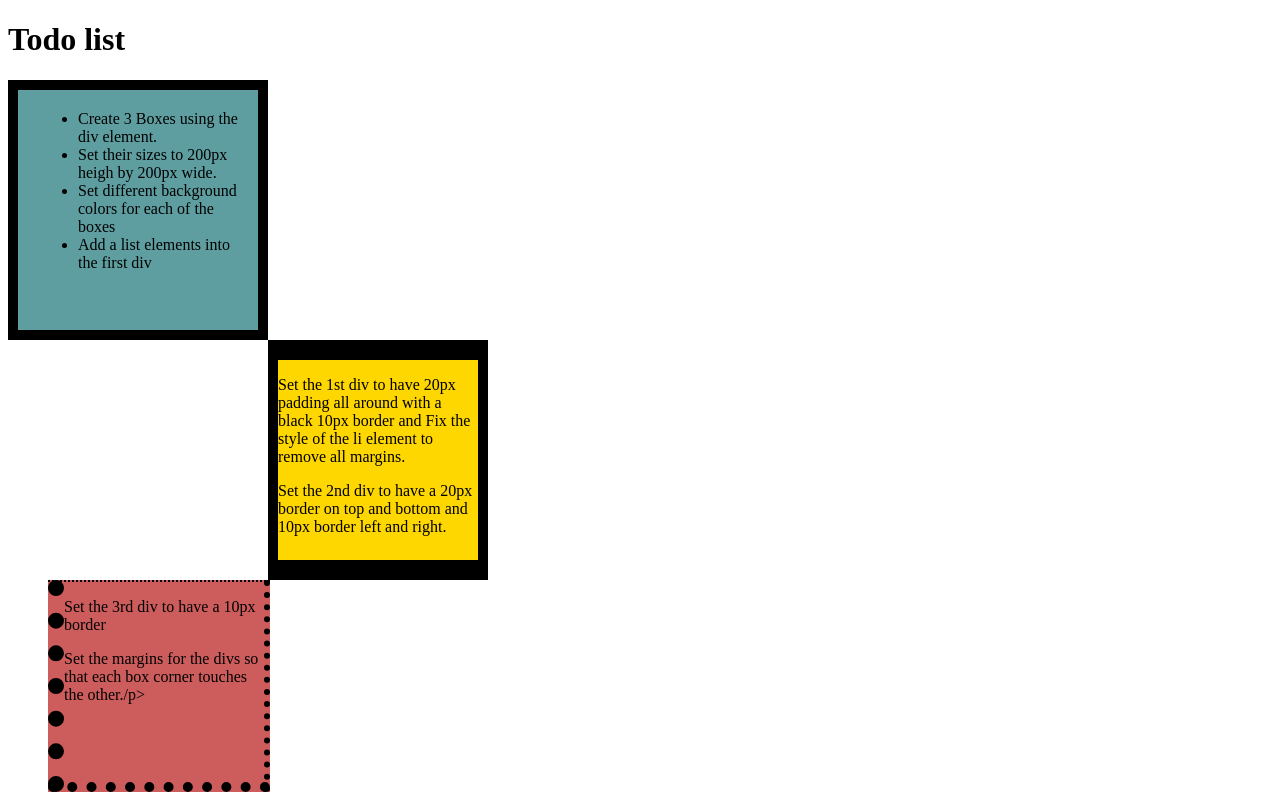
Repository: aniatot/CSS_KT
Page: 6.3 CSS Box Model/index.html
These files come from the project's save history. The page is drawn as it stood at one moment and after the next save; the edit follows.
The browser window is 1280 px wide. The pictures show the whole page.

Above is the page before, as saved 2023-10-18 20:23:19.

After the next save:
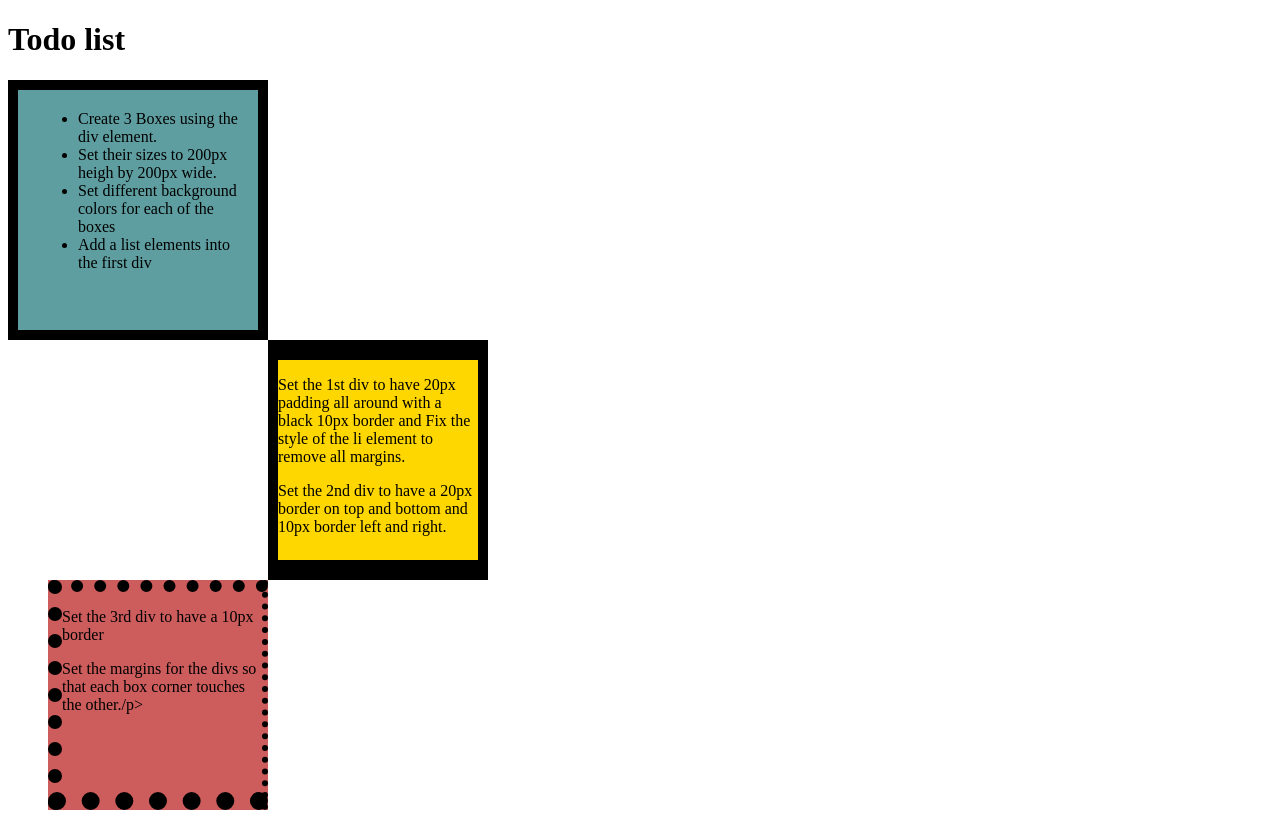
Saved 41 s later.
--- a/6.3 CSS Box Model/index.html
+++ b/6.3 CSS Box Model/index.html
@@ -31,7 +31,7 @@
     #third {
       background-color: indianred;
       border: dotted black;
-      border-width: 2px 6px 10px 16px;
+      border-width: 12px 6px 18px 14px;
       margin-left: 40px;
     }
   </style>
